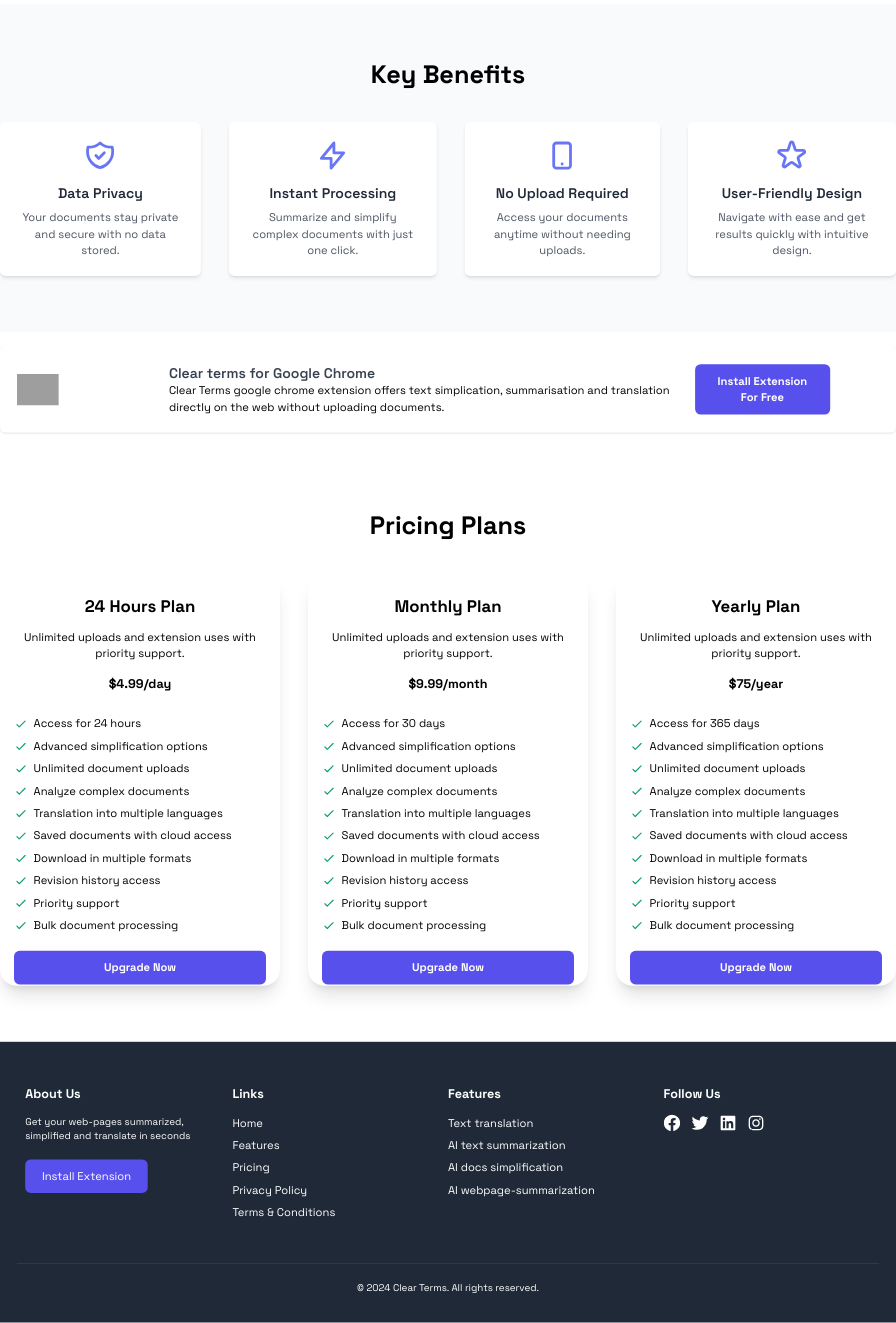
Repository: sabeelyousaf/clearterms
Page: /
The author's editor kept a copy of each file at every save. The page is drawn from the files as they stood at one save, then again after the next save.
The browser window is 1280 px wide. The pictures show the part of the page from y = 1185 to 3105 px (the page is 3075 px tall before and 3105 px after), at 70% of full size.
Pictures or frames that could not be fetched are drawn as grey boxes. The page's requests for data from a server got no answer. The project was rebuilt for these pictures with package versions that can differ from the ones it lists, and the page was loaded fresh each time. The framework's server and built-in components were replaced by stand-ins that run in the browser. No one was signed in, and anything a server would have sent is missing. Also part of the build but not shown: next.config.js, src/app/api/routes.jsx, src/app/components/contact/page.jsx.

Above is the page before, as saved 2024-12-07 13:57:08.

After the next save:
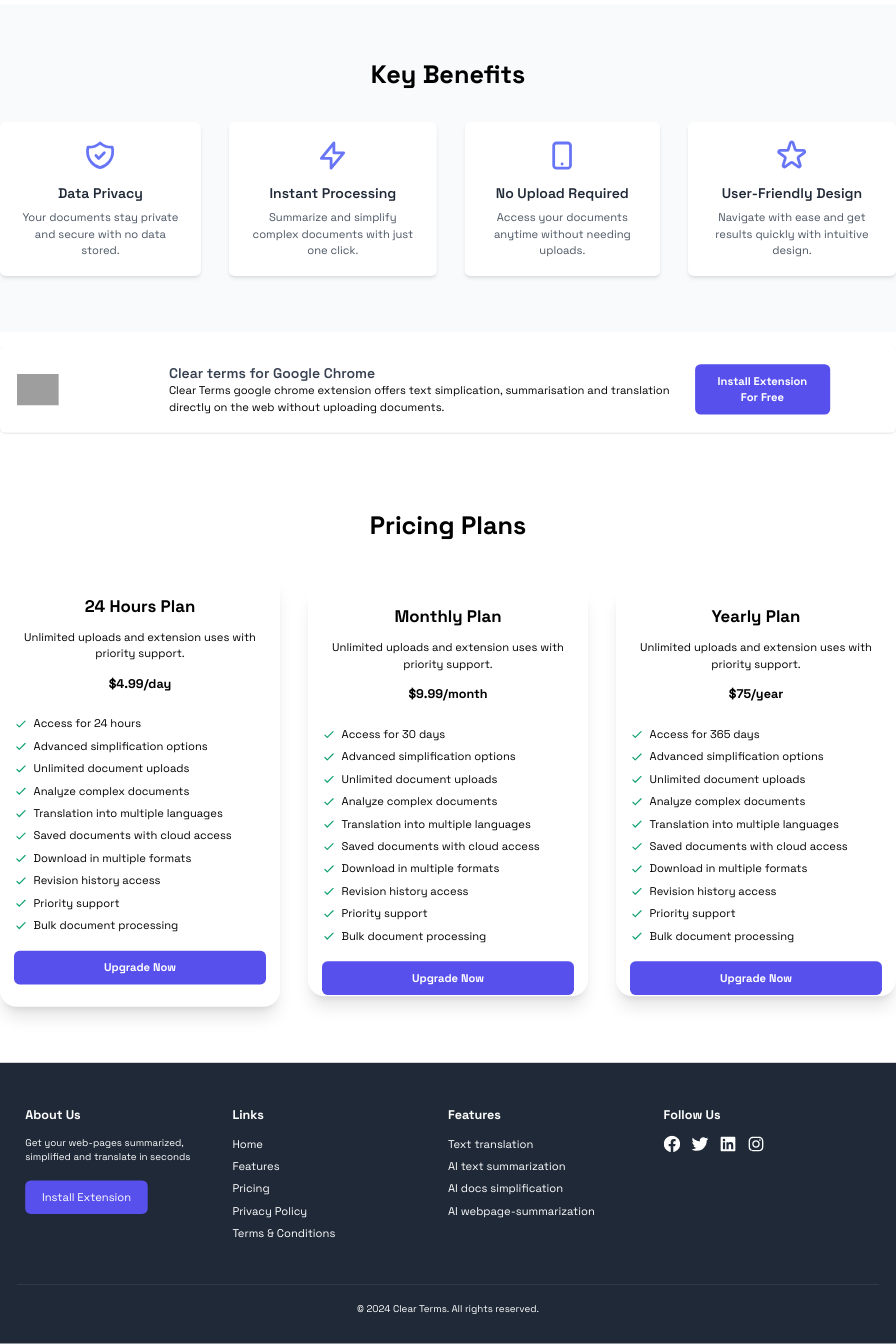
Saved 24 s later.
--- a/src/app/components/Pricing.jsx
+++ b/src/app/components/Pricing.jsx
@@ -61,7 +61,7 @@ const PricingSection = () => {
 
                     {/* Dail Plan */}
                     <motion.div
-                        className="bg-white max-w-[400px] md:h-[590px] px-5 py-8 rounded-3xl shadow-xl transition-transform transform hover:scale-105"
+                        className="bg-white max-w-[400px] md:h-auto px-5 py-8 rounded-3xl shadow-xl transition-transform transform hover:scale-105"
                         whileHover={{ scale: 1.05 }}
                     >
                         <div className='flex flex-col justify-between h-full'>
